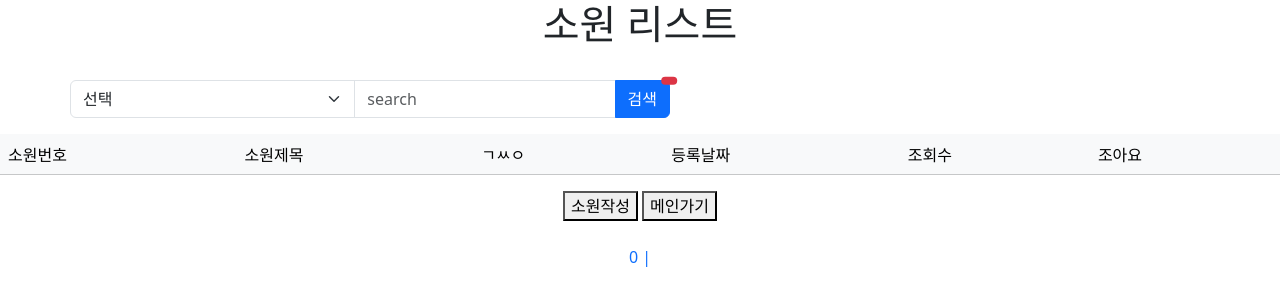
Repository: sujeong1799/JSP
Page: http://localhost/java_study/board/list.jsp
The author's editor kept a copy of each file at every save. The page is drawn from the files as they stood at one save, then again after the next save.
The browser window is 1280 px wide. The pictures show the whole page.
The page is served by Tomcat 9. The template is opened directly, without the code that normally fills it, so the values that code supplies are empty.

Above is the page before, as saved 2023-05-24 07:22:47.

After the next save:
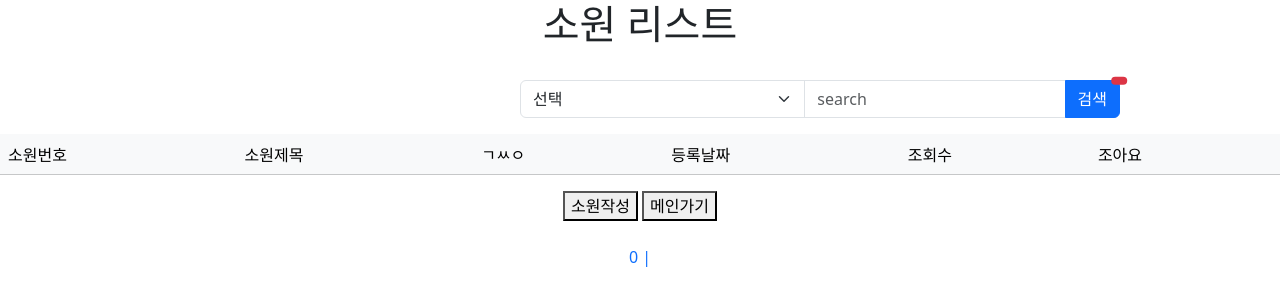
Saved 2 s later.
--- a/jsp_project4-1_과제/java_study/src/main/webapp/board/list.jsp
+++ b/jsp_project4-1_과제/java_study/src/main/webapp/board/list.jsp
@@ -16,7 +16,7 @@
 	<h1 align="center">소원 리스트</h1>
 	<br>
 	<!-- 검색라인 -->
-	<div class="col-sm-12 col-md-6" style="margin-left: 50px" align="center">
+	<div class="col-sm-12 col-md-6" style="margin-left: 500px" align="center">
 		<form action="/brd/page" method="post">
 			<div class="input-group mb-3" style="width: 600px">
 				<!-- var이름은 마음대로 설정해도 됨 -->
